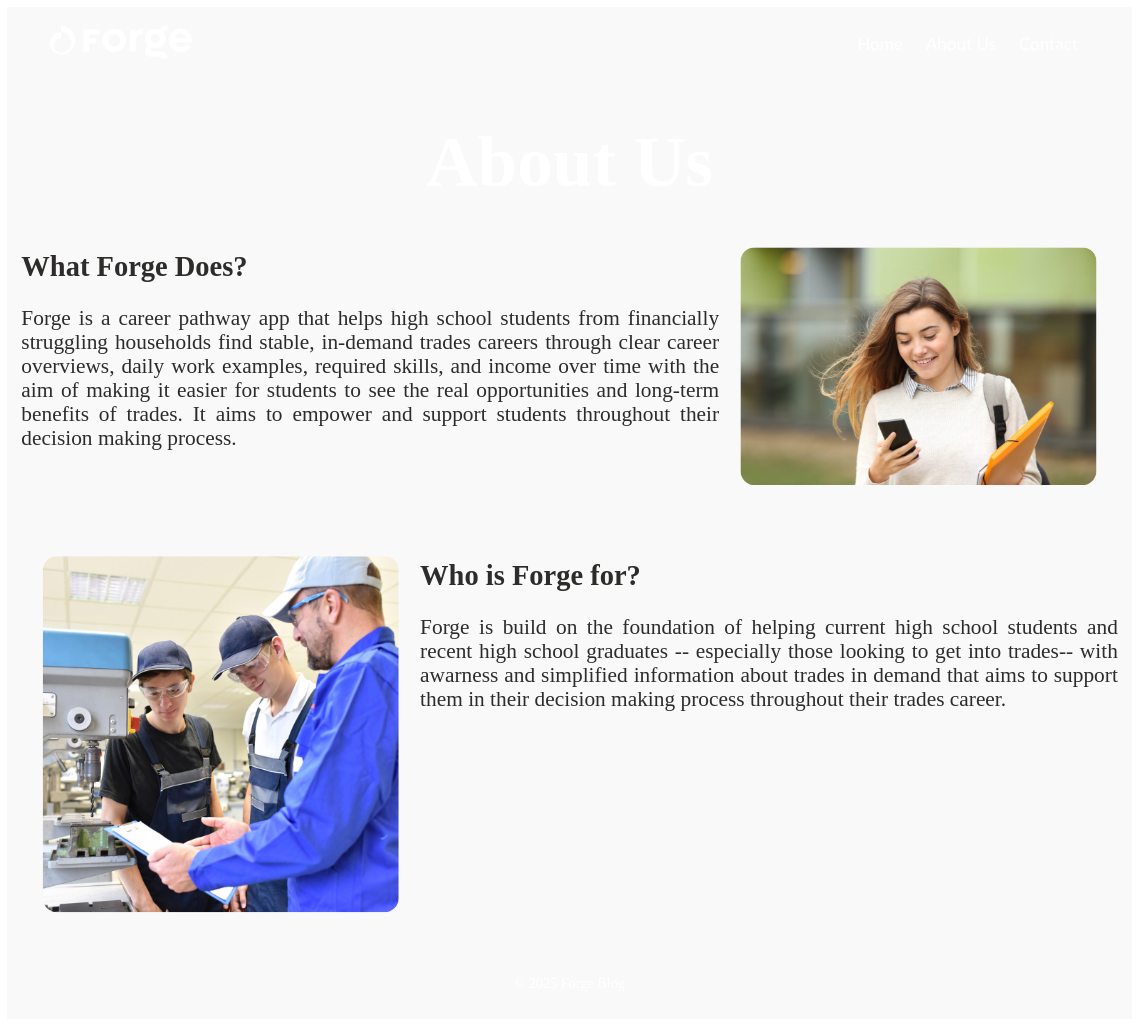
Repository: Forge-IDSP/Blog
Page: /aboutUs
The author's editor kept a copy of each file at every save. The page is drawn from the files as they stood at one save, then again after the next save.
The browser window is 1280 px wide. The pictures show the whole page, at 89% of full size.
The project was rebuilt for these pictures with package versions that can differ from the ones it lists, and the page was loaded fresh each time. Also part of the build but not shown: vite.config.js, src/index.css, src/ui/card/card.module.css, src/ui/card/card.jsx, src/pages/home.jsx, src/pages/blogpost.module.css, src/pages/week1.jsx, src/pages/week2.jsx and 5 more.

Above is the page before, as saved 2025-10-27 12:57:10.

### index.html
<!DOCTYPE html>
<html lang="en">
    <head>
        <meta charset="UTF-8" />
        <link
            rel="icon"
            type="image/svg+xml"
            href="/vite.svg" />
        <meta
            name="viewport"
            content="width=device-width, initial-scale=1.0" />
        <title>Forge Blog</title>
    </head>
    <body>
        <div id="root"></div>
        <script
            type="module"
            src="/src/main.jsx"></script>
    </body>
</html>

### src/App.jsx
import { BrowserRouter as Router, Routes, Route } from "react-router-dom";
import Home from "./pages/home.jsx";
import Week1 from "./pages/week1.jsx";
import Week2 from "./pages/week2.jsx";
import Week3 from "./pages/week3.jsx";
import Week4 from "./pages/week4.jsx";
import Week5 from "./pages/week5.jsx";
import AboutUs from "./pages/aboutUs.jsx";
import ContactUs from "./pages/contactUs.jsx";

export default function App() {
    return (
        <Router>
            <Routes>
                <Route
                    path='/'
                    element={<Home />}
                />
                <Route
                    path='/week1'
                    element={<Week1 />}
                />
                <Route
                    path='/week2'
                    element={<Week2 />}
                />
                <Route
                    path='/week3'
                    element={<Week3 />}
                />
                <Route
                    path='/week4'
                    element={<Week4 />}
                />
                <Route
                    path='/week5'
                    element={<Week5 />}
                />
                <Route
                    path='/aboutUs'
                    element={<AboutUs />}
                />
                <Route
                    path='/contactUs'
                    element={<ContactUs />}
                />
            </Routes>
        </Router>
    );
}

### src/pages/aboutUs.jsx
import { useEffect } from "react";
import Header from "../ui/header/header";
import Footer from "../ui/footer/footer";
import "./aboutUs.css";

function AboutUs() {
    useEffect(() => {
        const sections = document.querySelectorAll(".sub_section");
        const observer = new IntersectionObserver(
            (entries) => {
                entries.forEach((entry, i) => {
                    if (entry.isIntersecting) {
                        setTimeout(() => {
                            entry.target.classList.add("show");
                        }, i * 300); // staggered delay
                    }
                });
            },
            { threshold: 0.2 }
        );

        sections.forEach((section) => observer.observe(section));

        return () => sections.forEach((section) => observer.unobserve(section));
    }, []);
    return (
        <div className='page'>
            <Header />

            <h1 className='title'>About Us</h1>

            <div className='sub_section row_regular'>
                <div className='sub_section_excerpts'>
                    <h2 className='section_header left_text'>
                        What Forge Does?
                    </h2>
                    <p className='section_description'>
                        Forge is a career pathway app that helps high school
                        students from financially struggling households find
                        stable, in-demand trades careers through clear career
                        overviews, daily work examples, required skills, and
                        income over time with the aim of making it easier for
                        students to see the real opportunities and long-term
                        benefits of trades. It aims to empower and support
                        students throughout their decision making process.
                    </p>
                </div>
                <img
                    src='/app-using.jpg'
                    alt='/'
                    className='section_image'></img>
            </div>
            <div className='sub_section row_reverse'>
                <div className='sub_section_excerpts'>
                    <h2 className='section_header left_text'>
                        Who is Forge for?
                    </h2>
                    <p className='section_description'>
                        Forge is build on the foundation of helping current high
                        school students and recent high school graduates --
                        especially those looking to get into trades-- with
                        awarness and simplified information about trades in
                        demand that aims to support them in their decision
                        making process throughout their trades career.
                    </p>
                </div>
                <img
                    src='/trades-student.jpg'
                    alt='/'
                    className='section_image'></img>
            </div>
            {/* <div className='sub_section'>
                <h2 className='section_header'>Our Core Values</h2>
                <div className='excerpt_container'>
                    <div className='excerpt_section'>
                        <img
                            src='/Camera.svg'
                            alt='/'></img>
                        <h3 className='section_header'>Empowerment</h3>
                        <p className='section_description'>
                            We believe tradespeople should have the tools and
                            guidance to take control of their own careers —
                            building businesses that reflect their skills and
                            ambitions.
                        </p>
                    </div>
                    <div className='excerpt_section'>
                        <img
                            src='/Camera.svg'
                            alt='/'></img>
                        <h3 className='section_header'>Connection</h3>
                        <p className='section_description'>
                            Forge bridges the gap between tradespeople, small
                            businesses, and local communities by creating
                            opportunities for collaboration and growth.
                        </p>
                    </div>
                    <div className='excerpt_section'>
                        <img
                            src='/Camera.svg'
                            alt='/'></img>
                        <h3 className='section_header'>
                            Independence & Safety
                        </h3>
                        <p className='section_description'>
                            Our platform provides a safer alternative to
                            traditional workplaces, helping tradespeople avoid
                            toxic environments while fostering independence and
                            long-term sustainability.
                        </p>
                    </div>
                </div>
            </div> */}

            <Footer />
        </div>
    );
}

export default AboutUs;

### src/ui/header/header.jsx
import style from "./header.module.css";
import { Link } from "react-router-dom";

function Header() {
    return (
        <div className={style.header}>
            <img
                src='/forge-logo.svg'
                alt='Forge Logo'
                className={style.logo}></img>
            <nav className={style.menu}>
                <a
                    className={style.menu_item}
                    href='/'>
                    Home
                </a>
                <Link
                    className={style.menu_item}
                    to='/AboutUs'>
                    About Us
                </Link>

                <Link
                    to='/ContactUs'
                    className={style.menu_item}>
                    Contact
                </Link>
            </nav>
        </div>
    );
}

export default Header;

### src/ui/footer/footer.jsx
import styles from "./footer.module.css";

function Footer() {
    const currentYear = new Date().getFullYear();

    return (
        <footer className={styles.footer}>
            <p className={styles.footer__text}>© {currentYear} Forge Blog</p>
        </footer>
    );
}

export default Footer;

### src/App.css
#root {
    /* ----- COLORS ----- */
    --primary-50: #fff1e6;
    --primary-100: #ffd4b0;
    --primary-200: #ffbf8a;
    --primary-300: #ffa155;
    --primary-400: #ff8f34;
    --primary-500: #ff7301;
    --primary-600: #e86901;
    --primary-700: #b55201;
    --primary-800: #8c3f01;
    --primary-900: #6b3000;

    --secondary-50: #eefae6;
    --secondary-100: #cbefb1;
    --secondary-200: #b2e88b;
    --secondary-300: #8fdd55;
    --secondary-400: #79d635;
    --secondary-500: #58cc02;
    --secondary-600: #50ba02;
    --secondary-700: #3e9101;
    --secondary-800: #307001;
    --secondary-900: #255601;

    /* -- neutral colors -- */

    --offwhite-500: #f9f9f9;
    --white: #ffffff;
    --black-50: #eaeaea;
    --black-100: #bebebd;
    --black-200: #9e9e9d;
    --black-300: #727271;
    --black-400: #575655;
    --black-500: #2d2c2b;
}

.page {
    margin: 0 auto;
    padding: 1rem;
    text-align: center;
    height: 100%;
    margin: 0;
    padding: 0;
    background-color: var(--offwhite-500);
    color: var(--black-500);
    display: flex;
    flex-direction: column;
}

.title {
    font-size: 5rem;
    color: var(--white);
    line-height: 5rem;
    margin-bottom: 1rem;
}

.subtitle {
    font-size: 2rem;
}

.post_container {
    display: grid;
    grid-template-columns: repeat(3, 1fr);
    gap: 2rem;
    background-color: var(--dark-grey);
    padding: 3rem;
    border-radius: 16px;
    align-items: center;
    justify-content: center;
    justify-items: center;
    margin-bottom: 2rem;
    margin-top: 2rem;
}

/* Tablet: 2 columns */
@media (max-width: 1300px) {
    .post_container {
        grid-template-columns: repeat(2, 1fr);
        padding: 1.5rem;
        gap: 1.5rem;
    }
}

/* Mobile: 1 column */
@media (max-width: 600px) {
    .post_container {
        grid-template-columns: 1fr;
        padding: 1rem;
        gap: 1rem;
    }
}

### src/pages/aboutUs.css
/* Top Bar Header Styling */

.cover_image {
    width: 80%;
    height: auto;
    padding: 16px;
    align-self: center;
    border-radius: var(--space-regular);
}

/* Text Section Styling  */
.sub_section {
    background-color: var(--dark-grey);
    margin: 16px;
    border-radius: 10px;
    padding: var(--space-regular);
    align-self: center;
    display: grid;
    grid-template-columns: repeat(2, 1fr);
}

.left_text {
    text-align: left;
}

.right_text {
    text-align: right;
}
.row_regular {
    display: flex;
    flex-direction: row;
}
.row_reverse {
    display: flex;
    flex-direction: row-reverse;
}
.section_image {
    width: 400px;
    height: auto;
    margin: 24px;
    border-radius: 16px;
}
.section_header {
    font-size: 32px;
}

.section_description {
    text-align: justify;
    font-size: 24px;
}

/* Meet the team styling */

.team_section {
    display: flex;
    flex-direction: row;
    justify-content: space-between;
}

/* Core Values section */

.excerpt_container {
    display: grid;
    grid-template-columns: repeat(3, 1fr);
}
.excerpt_section {
    padding: 16px;
}
.excerpt_description {
    text-align: justify;
}

/* Animations */
.sub_section {
    opacity: 0;
    transform: translateY(50px);
    transition: all 0.6s ease;
}
.sub_section.show {
    opacity: 1;
    transform: translateY(0);
}

### src/ui/header/header.module.css
.header {
    background-color: var(--dark-grey);
    display: flex;
    justify-content: space-between;
    align-items: center;
    padding: 1rem 3rem;
    border-radius: 16px;
}

.logo {
    width: 10rem;
}

.menu {
    display: flex;
    gap: rem;
}

.menu_item {
    font-size: 1.2rem;
    text-decoration: none;
    color: var(--white);
    font-family: "Trebuchet MS", "Lucida Sans Unicode", "Lucida Grande",
        "Lucida Sans", Arial, sans-serif;
    padding: 0.8rem;
}

.menu_item:hover {
    background-color: var(--color-primary-dark);
    padding: 0.8rem;
    border-radius: 8px;
}

### src/ui/footer/footer.module.css
.footer {
    width: 100%;
    height: 5em;
    display: flex;
    justify-content: center;
    align-items: center;
    background-color: var(--dark-grey);
    margin-top: auto;
    border-radius: 16px;
}

.footer__text {
    color: var(--white);
    font-size: 16px;
    text-align: center;
    margin: 0;
}

Loaded but not shown: src/main.jsx (common file)

After the next save:
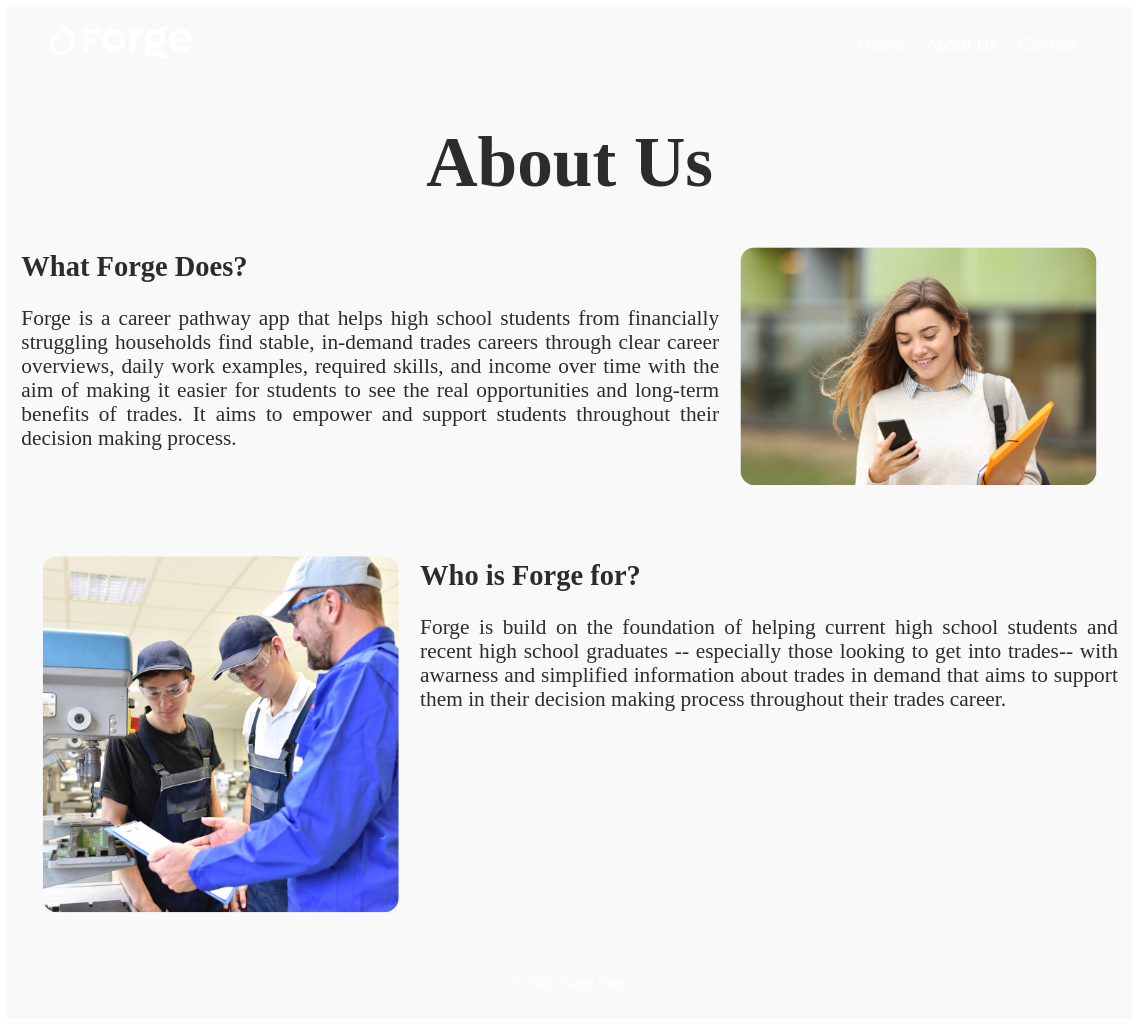
Saved 12 s later.
--- a/src/App.css
+++ b/src/App.css
@@ -49,7 +49,7 @@
 
 .title {
     font-size: 5rem;
-    color: var(--white);
+    color: var(--black-500);
     line-height: 5rem;
     margin-bottom: 1rem;
 }
